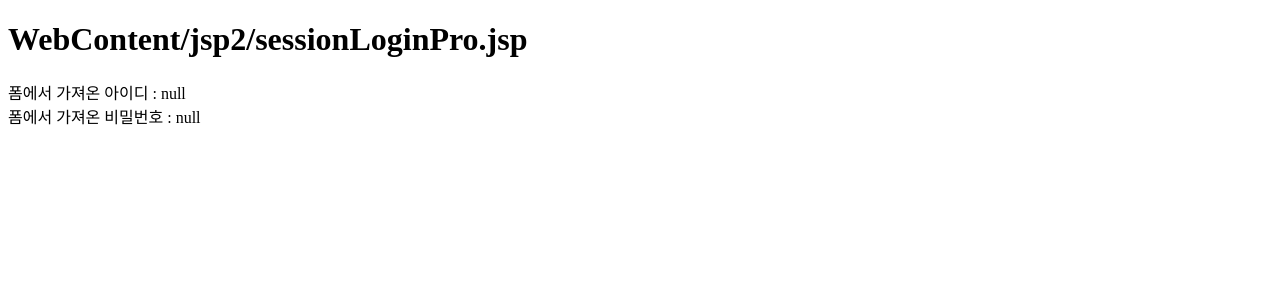
Repository: ReadStar/workspace_jsp
Page: http://localhost/StudyJSP/jsp2/sessionLoginPro.jsp
An editor plug-in stored every save of this project. The page is shown before and after the next save, followed by the edit.
The browser window is 1280 px wide. The pictures show the whole page.
The page is served by Tomcat 9. Other server files are loaded and not shown.

Above is the page before, as saved 2020-08-14 01:42:08.

### StudyJSP/WebContent/jsp2/sessionLoginPro.jsp
<%@ page language="java" contentType="text/html; charset=UTF-8"
    pageEncoding="UTF-8"%>
<!DOCTYPE html>
<html>
<head>
<meta charset="UTF-8">
<title>Insert title here</title>
</head>
<body>
<h1>WebContent/jsp2/sessionLoginPro.jsp</h1>
<%
//id, pass 파라미터 가져와서 변수에 저장
String id=request.getParameter("id");
String pass=request.getParameter("pass");
%>
폼에서 가져온 아이디 : <%=id%><br>
폼에서 가져온 비밀번호 : <%=pass%><br>
<%
//데이터베이스에 저장된 id, pass
String dbId="admin";
String dbPass="p123";
%>
</body>
</html>

After the next save:
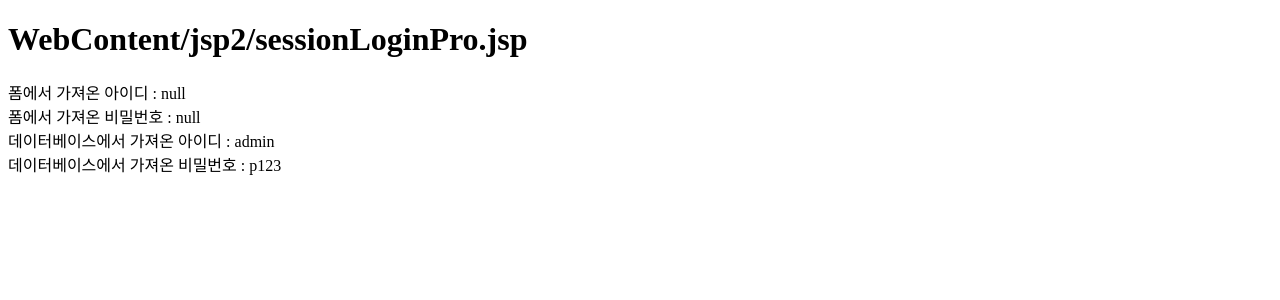
Saved 69 s later.
--- a/StudyJSP/WebContent/jsp2/sessionLoginPro.jsp
+++ b/StudyJSP/WebContent/jsp2/sessionLoginPro.jsp
@@ -20,5 +20,7 @@ String pass=request.getParameter("pass");
 String dbId="admin";
 String dbPass="p123";
 %>
+데이터베이스에서 가져온 아이디 : <%=dbId %><br>
+데이터베이스에서 가져온 비밀번호 : <%=dbPass %><br>
 </body>
 </html>
